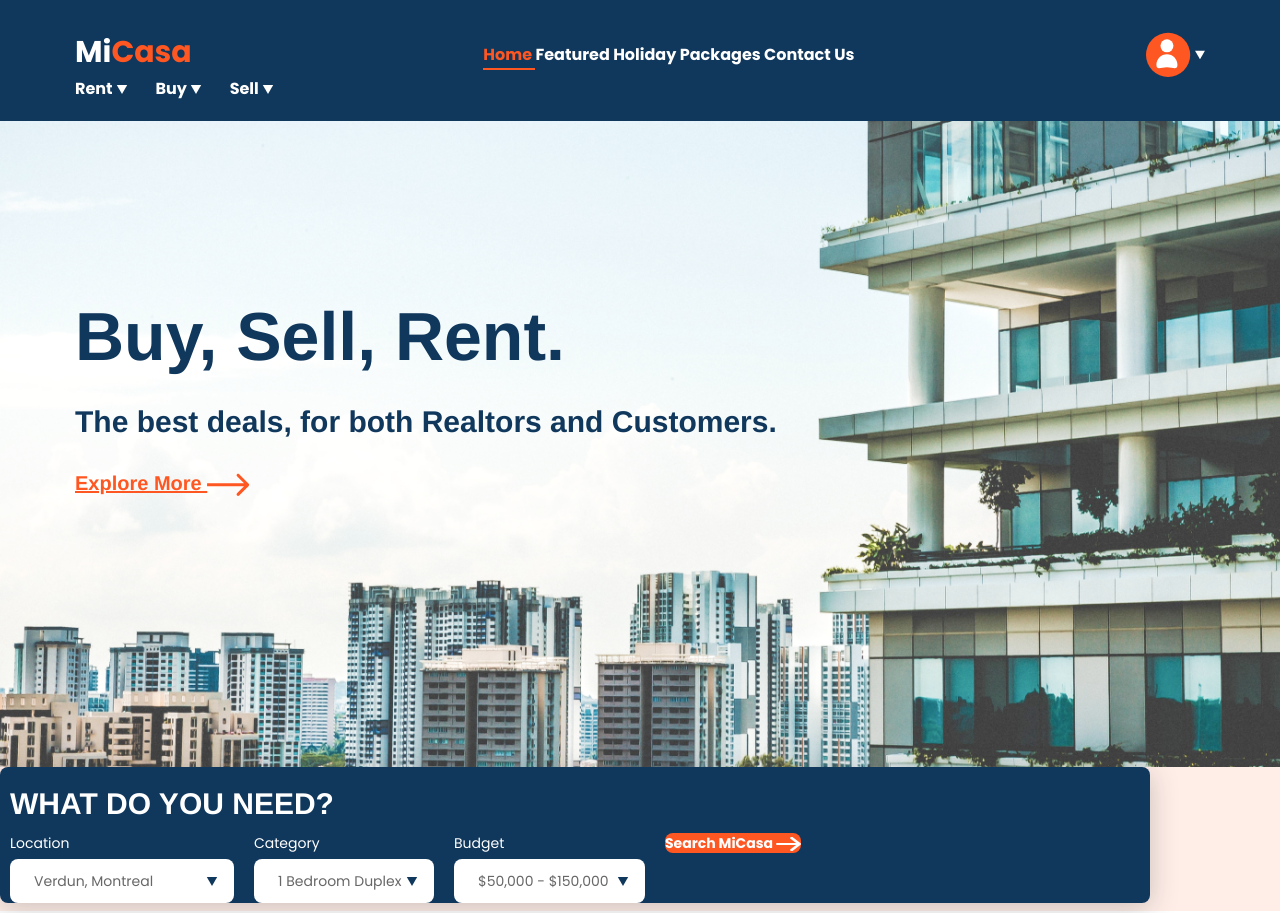
Repository: BenUnyolo/micasa-frontend
Page: index.html
These files come from the project's save history. The page is drawn as it stood at one moment and after the next save; the edit follows.
The browser window is 1280 px wide. The pictures show the whole page.

Above is the page before, as saved 2021-10-17 12:14:21.

After the next save:
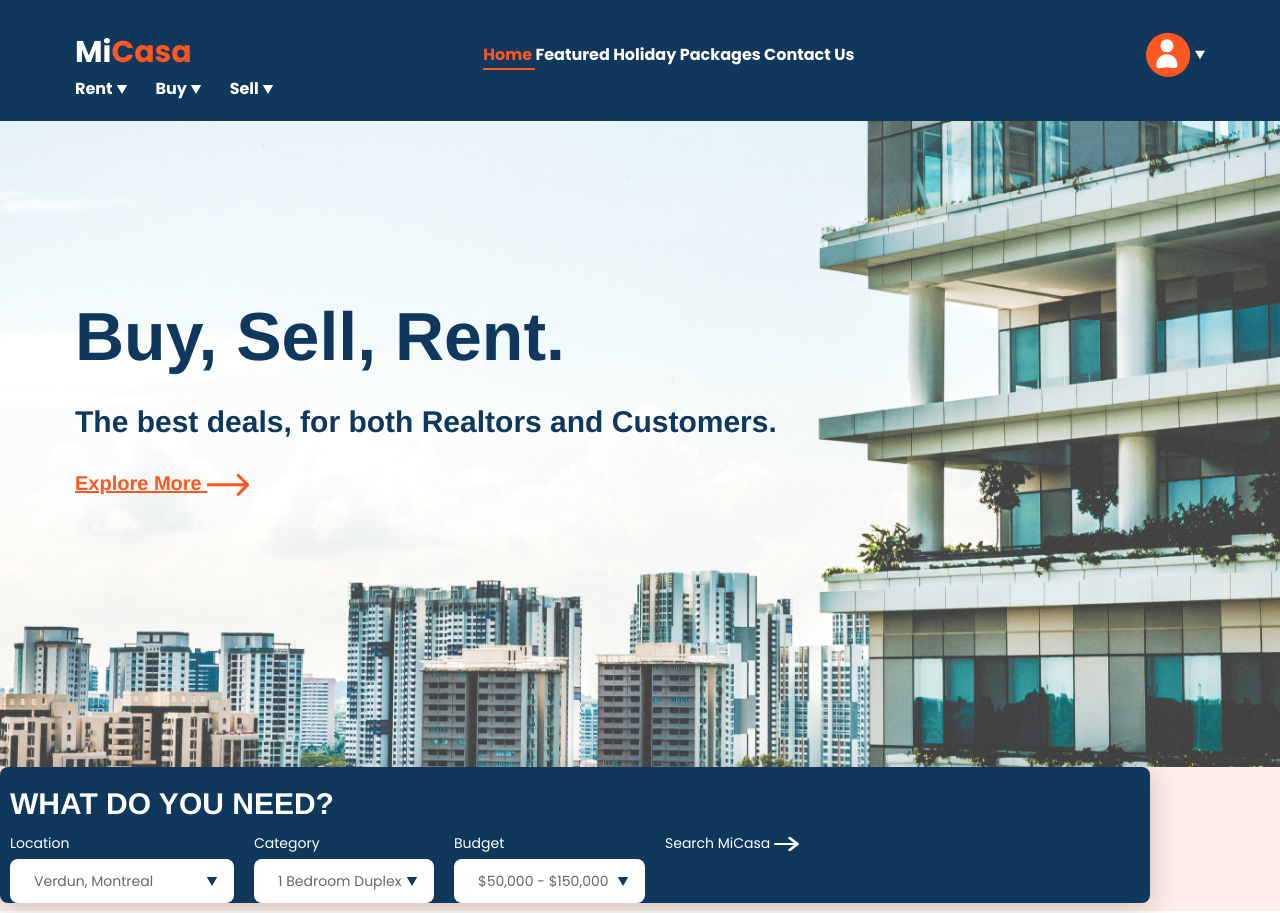
Saved 5 s later.
--- a/index.html
+++ b/index.html
@@ -175,16 +175,7 @@
             </div>
             <!-- search button -->
             <div class="w-1/3 p-2.5">
-              <button
-                class="
-                  py-3.5
-                  text-center
-                  w-full
-                  bg-secondary-600
-                  rounded-lg
-                  font-montserrat font-bold
-                "
-              >
+              <button class="btn">
                 Search MiCasa
                 <svg
                   width="25"
